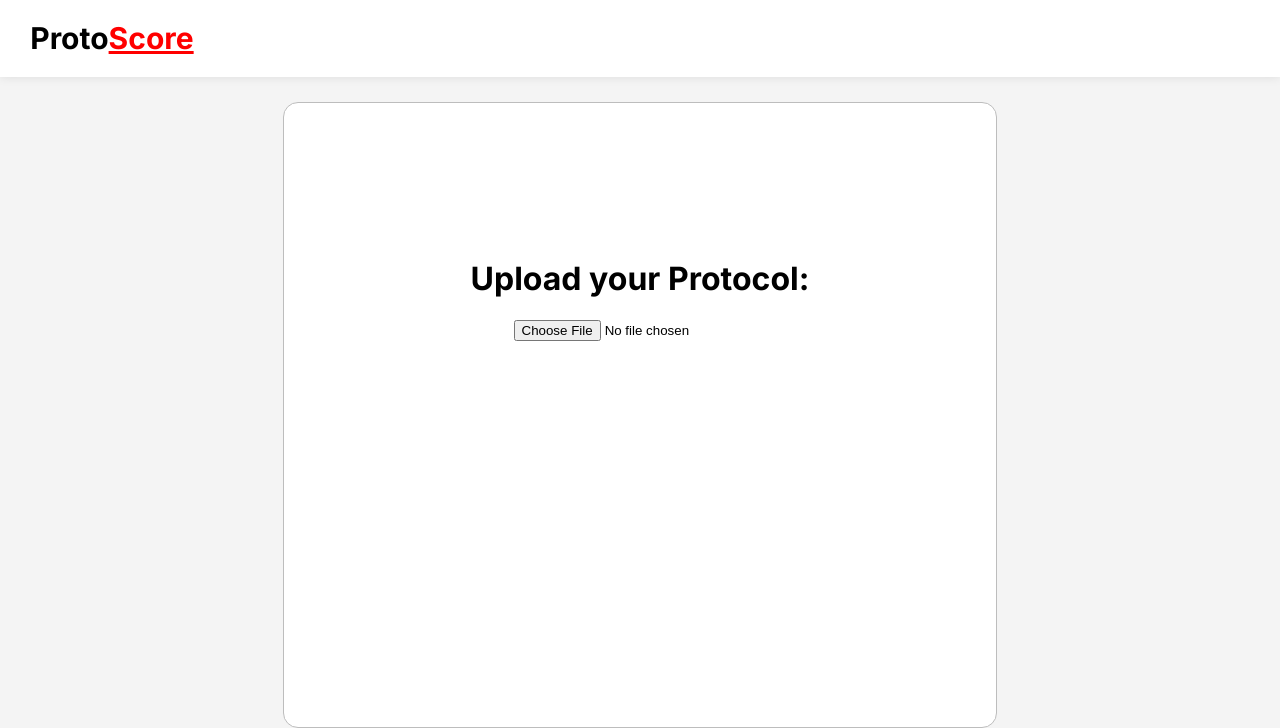
Repository: evanc108/Regeneron2024
Page: / (app in regeneron/)
The author's editor kept a copy of each file at every save. The page is drawn from the files as they stood at one save, then again after the next save.
The browser window is 1280 px wide. The pictures show the whole page.
The project was rebuilt for these pictures with package versions that can differ from the ones it lists, and the page was loaded fresh each time.

Above is the page before, as saved 2024-05-14 01:59:46.

After the next save:
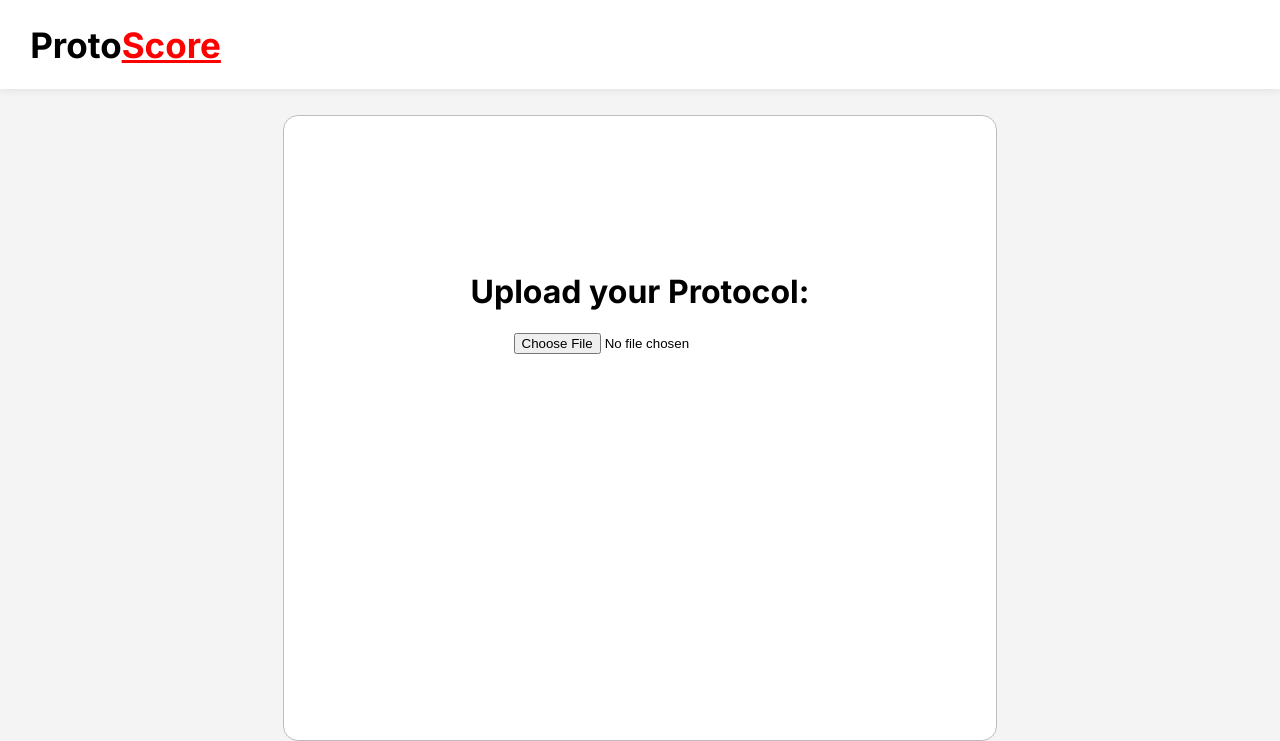
Saved 5 s later.
--- a/regeneron/src/App.js
+++ b/regeneron/src/App.js
@@ -7,7 +7,7 @@ function App() {
   return (
     <div className="App">
       <div style={{backgroundColor: "white", width: "100%", padding: "0.2px", boxShadow: "0px 0px 10px rgba(0, 0, 0, 0.1)"}}>
-        <h1 style={{ marginLeft: "30px", fontSize: "30px", textAlign: "left"}}>
+        <h1 style={{ marginLeft: "30px", fontSize: "35px", textAlign: "left"}}>
           <span style={{color: "black"}}>Proto</span>
           <span style={{color: "red", textDecoration: "underline"}}>Score</span>
         </h1>
